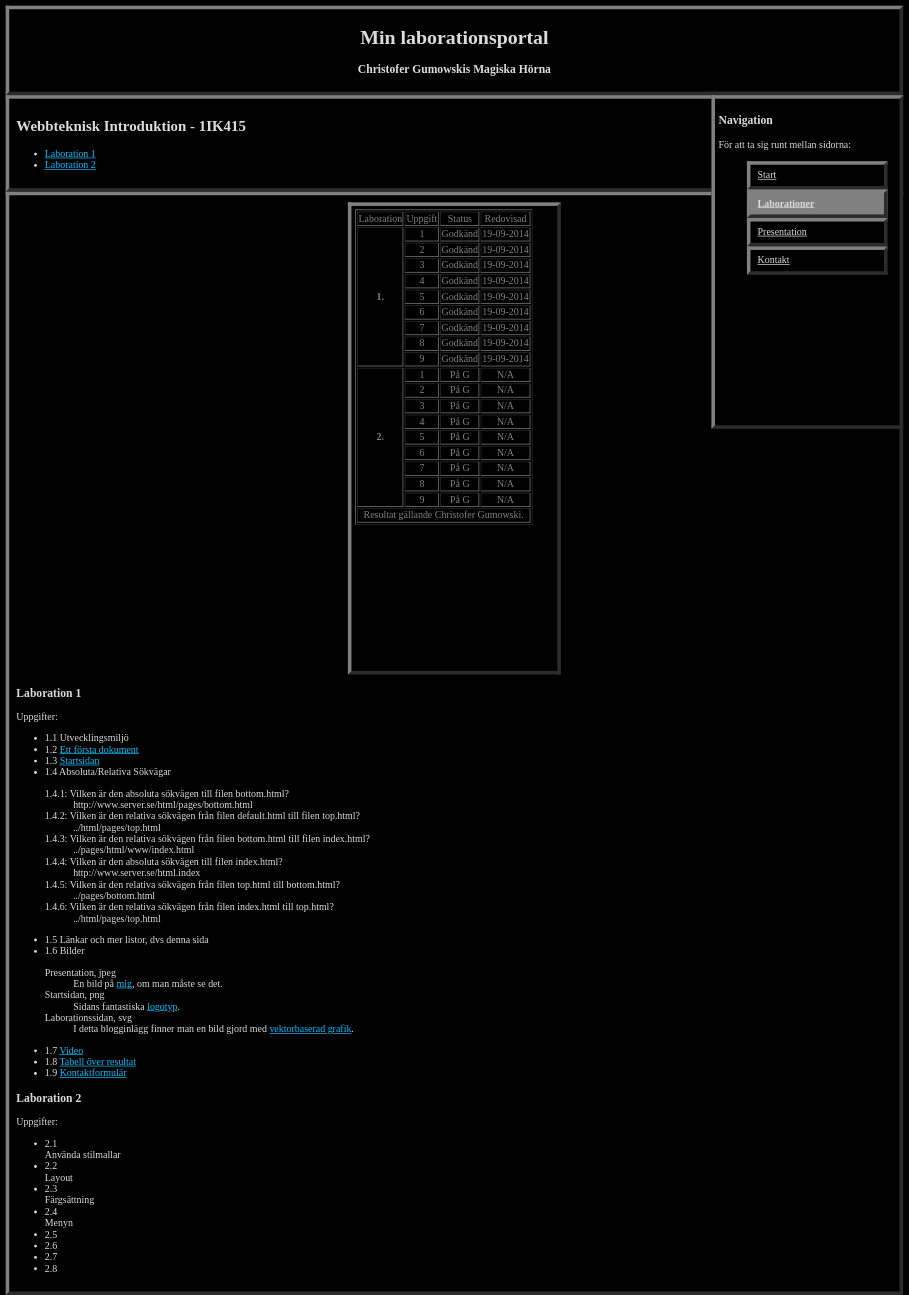
Repository: cg222im/1IK415_cg222im
Page: pages/laborationer.html
The author's editor kept a record of every edit. The page is drawn from the files as they stood at one moment, then again after the next edit.
The browser window is 1280 px wide. The pictures show the whole page, at 71% of full size.

Above is the page before.

After the next edit:
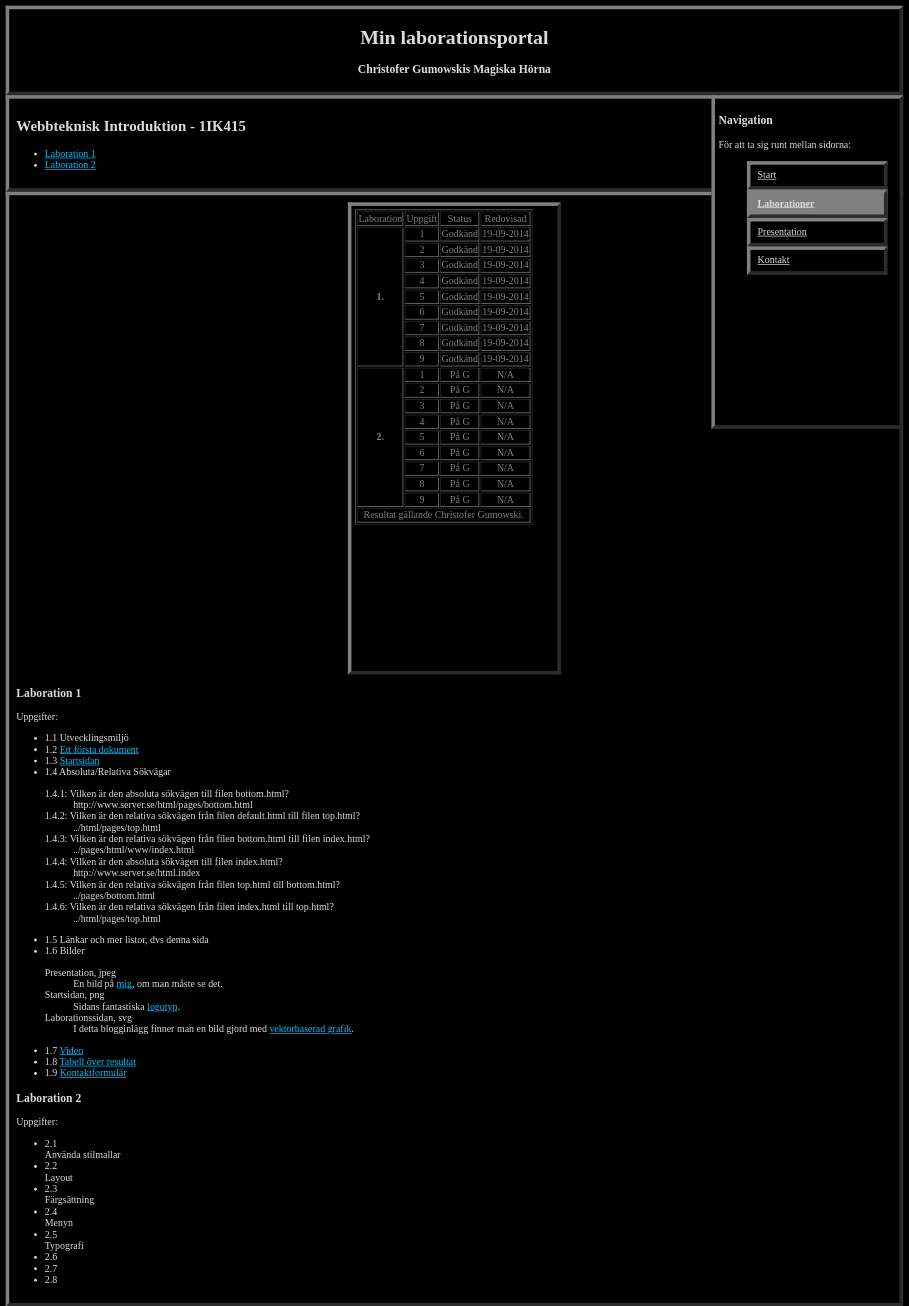
The edit:
--- a/pages/laborationer.html
+++ b/pages/laborationer.html
@@ -134,7 +134,7 @@
                 <li>2.2</li> Layout
                 <li>2.3</li> Färgsättning
                 <li>2.4</li> Menyn
-                <li>2.5</li>
+                <li>2.5</li> Typografi
                 <li>2.6</li>
                 <li>2.7</li>
                 <li>2.8</li>
